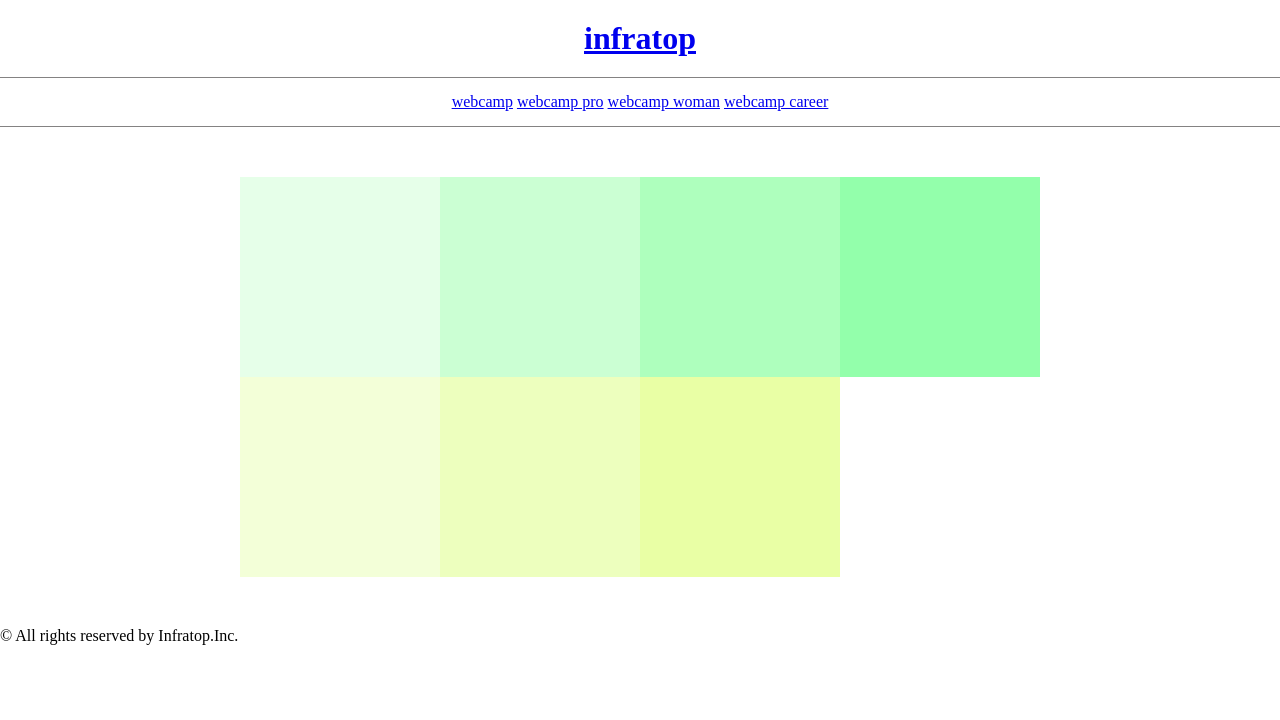
Repository: katayama-Web/html-practice
Page: chapter5_exsersize/chapter5_exesersize.html
The author's editor kept a record of every edit. The page is drawn from the files as they stood at one moment, then again after the next edit.
The browser window is 1280 px wide. The pictures show the whole page.

Above is the page before.

### chapter5_exsersize/chapter5_exesersize.html
<!DOCTYPE html>
<html lang="ja">
  <head>
    <meta charset="UTF-8"/>
    <link rel="stylesheet" href="chapter5_exsersize.css"/>
    <title>infratop</title>
  </head>

  <body>
     <!--header-->
    <header>
      <h1 class="heading">
        <a href="chapter5_exesersize.html">
          infratop
        </a>
      </h1>
    </header>

     <!--navigation-->
    <nav>
      <ul class="nav-list">
        <li class="nav-list-item">
          <a href=chapter5_exesersize.html>webcamp</a>
          <a href=chapter5_exesersize.html>webcamp pro</a>
          <a href=chapter5_exesersize.html>webcamp woman</a>
          <a href=chapter5_exesersize.html>webcamp career</a>
        </li>

      </ul>
    </nav>

    <!--mainvisua用のdivl-->
    <div class="main-visual">
      <div class="main-visual-content"></div>
    </div>

    <!--main用のdiv-->
    <div class="main">
      <div class="box1"></div>
      <div class="box2"></div>
      <div class="box3"></div>
      <div class="box4"></div>
      <div class="box5"></div>
      <div class="box6"></div>
      <div class="box7"></div>
      <div class="box8"></div>
      <div class="box9"></div>
      <div class="box10"></div>
      <div class="box11"></div>
      <div class="box12"></div>
    </div>

    <!--footer-->
    <footer>
      <p class="footer-text">© All rights reserved by Infratop.Inc.</p>
    </footer>

  </body>

### chapter5_exsersize/chapter5_exsersize.css
* {
  margin: 0;
  padding: 0;
  box-sizing: border-box;
}

header {
  width: 100%;
  padding: 20px 0;
  text-align: center;
}

.nav-list {
  text-align: center;
  padding: 15px 0;
  margin: 0 auto;
  border-bottom: 1px solid #848282;
  border-top: 1px solid #848282;
}

.nav-list-item {
  list-style: none;
  display: inline-block;
  margin: 0 20px;
}

.main {
  width: 800px;
  margin: 50px auto;
  display: flex;
  flex-wrap: wrap;
}

.box1 {
  width: 200px;
  height: 200px;
  background-color: #e6ffe9;
}

.box2 {
  width: 200px;
  height: 200px;
  background-color: #cbffd3;
}

.box3 {
  width: 200px;
  height: 200px;
  background-color: #aeffbd;
}

.box4 {
  width: 200px;
  height: 200px;
  background-color: #93ffab;
}

.box5 {
  width: 200px;
  height: 200px;
  background-color: #f3ffd8;
}

.box6 {
  width: 200px;
  height: 200px;
  background-color: #edffbe;
}

.box7 {
  width: 200px;
  height: 200px;
  background-color: #e9ffa5;
}

.box8 {
  width: 200px;
  height: 200px;
  background-color: #;
}

After the next edit:
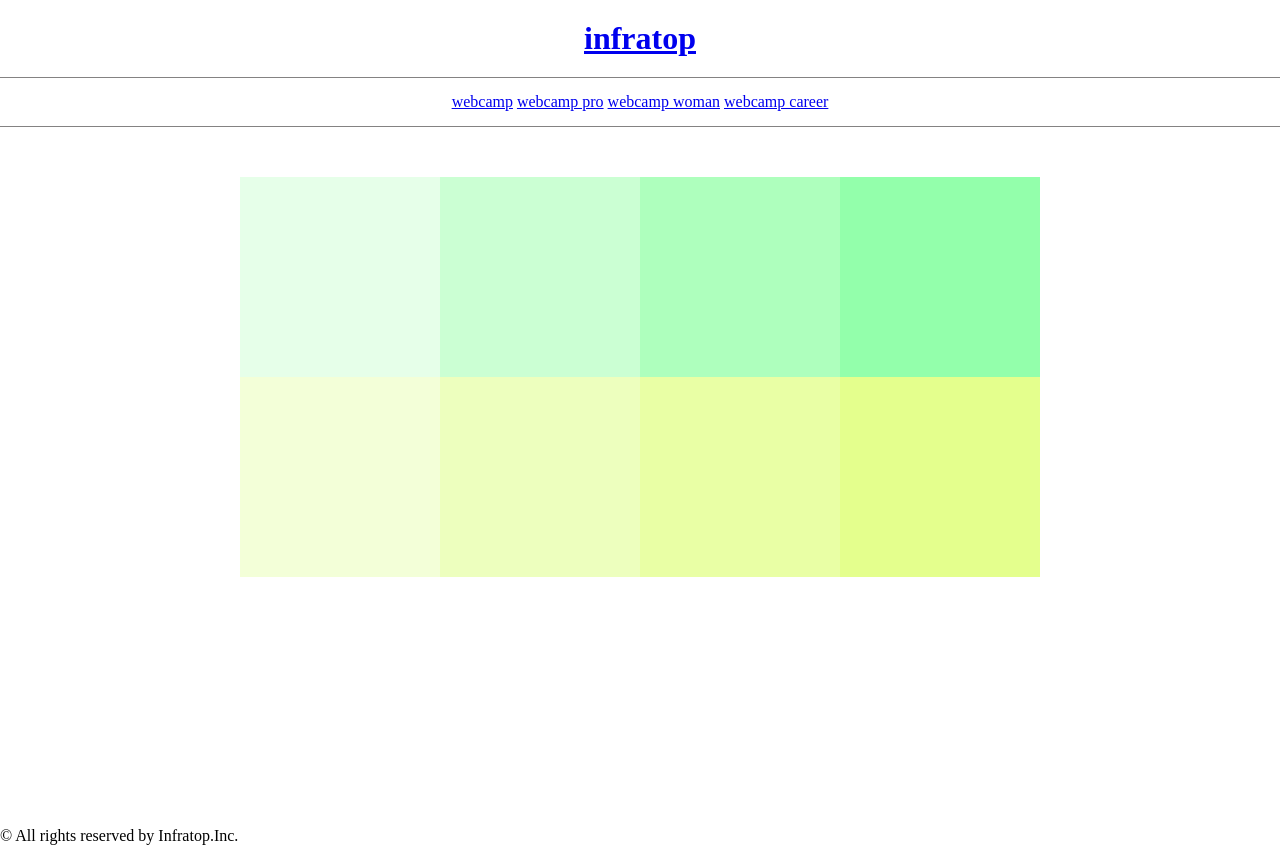
The edit:
--- a/chapter5_exsersize/chapter5_exsersize.css
+++ b/chapter5_exsersize/chapter5_exsersize.css
@@ -76,5 +76,11 @@
 .box8 {
   width: 200px;
   height: 200px;
+  background-color: #e4ff8d;
+}
+
+.box9 {
+  width: 200px;
+  height: 200px;
   background-color: #;
 }
